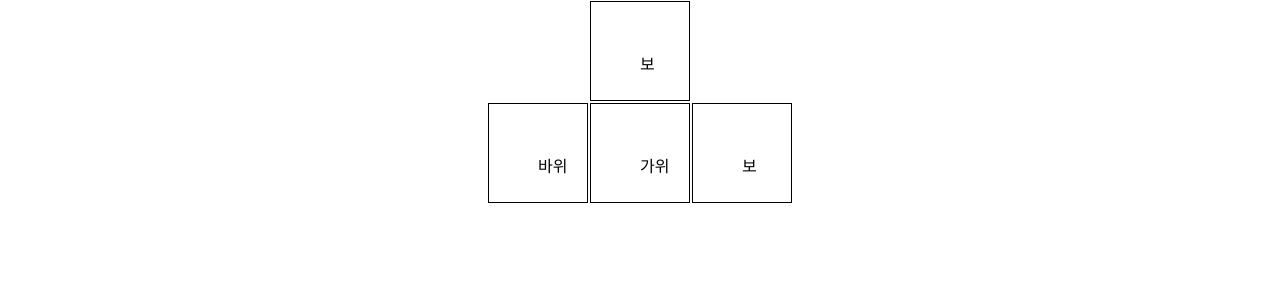
Repository: venandi48/RockScissorPaper-Game
Page: index.html
These files come from the project's save history. The page is drawn as it stood at one moment and after the next save; the edit follows.
The browser window is 1280 px wide. The pictures show the whole page.
After loading, the first visible `div.rock` was clicked once.
The style sheet was rebuilt from its Sass, Less or Tailwind sources for each picture, by a compiler version that may differ from the author's.

Above is the page before, as saved 2023-11-13 14:43:38.

After the next save:
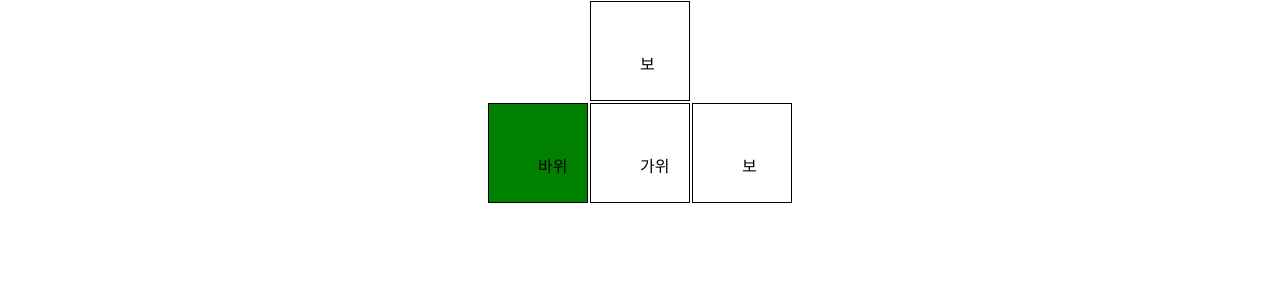
Saved 34 s later.
--- a/main.js
+++ b/main.js
@@ -66,11 +66,14 @@ userChocies.forEach((element) => {
           sameAreaMachine,
           sameAreaMachine.querySelector("input[type=hidden]").value
         );
-        // gameResultCssEventer(
-        //   selectedElement,
-        //   sameAreaMachine,
-        //   refree(sameAreaMachine.choice, choices[choosed])
-        // );
+        gameResultCssEventer(
+          selectedElement,
+          sameAreaMachine,
+          refree(
+            +sameAreaMachine.querySelector("input[type=hidden]").value,
+            choices[choosed]
+          )
+        );
       }
     }
   });
